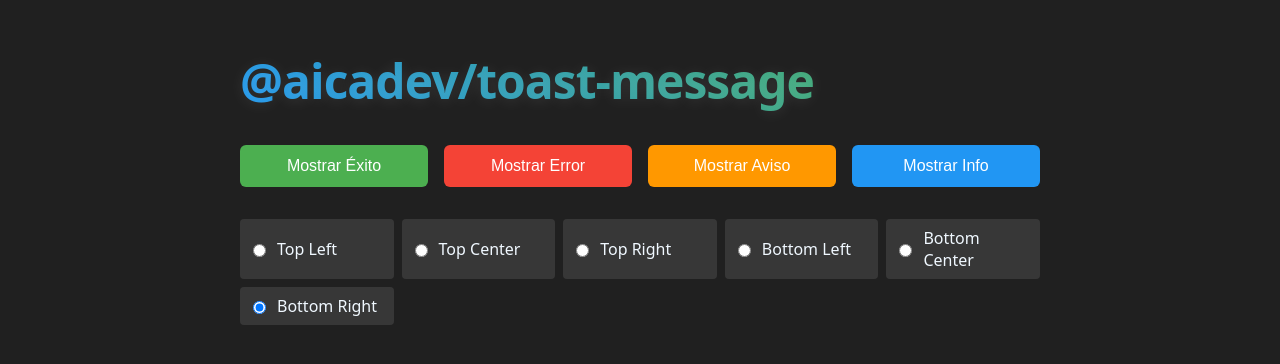
Repository: aitorcachero/aicadev-toast-message
Page: index.html
The author's editor kept a copy of each file at every save. The page is drawn from the files as they stood at one save, then again after a run of saves.
The browser window is 1280 px wide. The pictures show the whole page.

Above is the page before, as saved 2025-05-22 17:47:07.

After the next 2 saves:
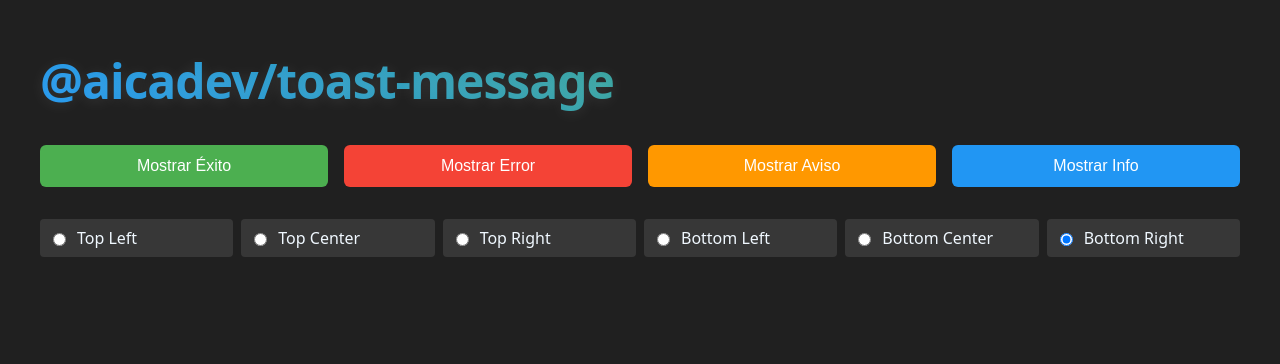
The 2 saves are shown as one change because they came seconds apart.
The last was saved 5 min 21 s later.
--- a/index.html
+++ b/index.html
@@ -8,7 +8,7 @@
   <style>
     body {
       font-family: system-ui, -apple-system, sans-serif;
-      max-width: 800px;
+      max-width: 1200px;
       margin: 0 auto;
       padding: 1rem;
       background-color: rgb(32, 32, 32);
